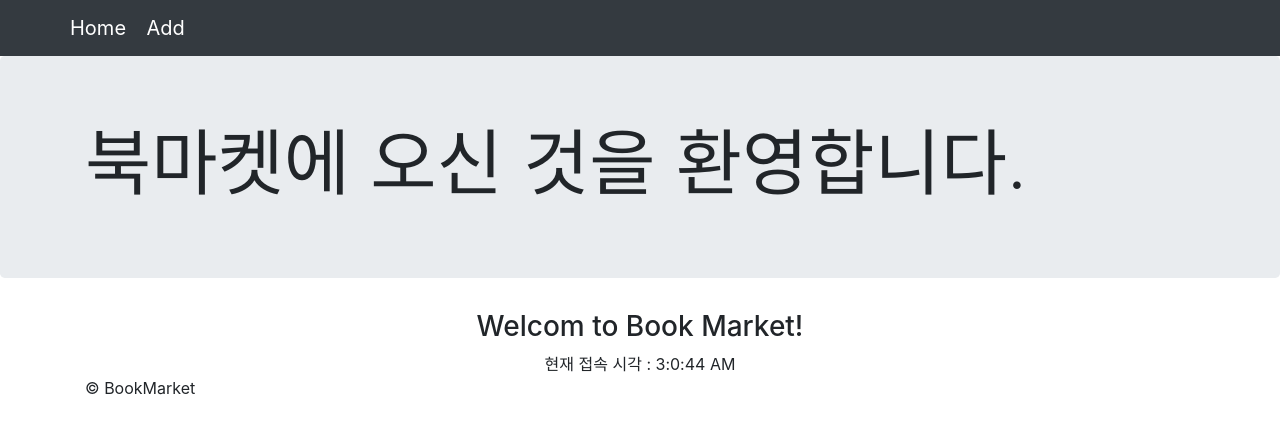
Repository: LeeKukJu/JSP-Study
Page: http://localhost/BookMarket/welcome.jsp
An editor plug-in stored every save of this project. The page is shown before and after the next save, followed by the edit.
The browser window is 1280 px wide. The pictures show the whole page.
The page is served by Tomcat 9.

Above is the page before, as saved 2023-02-01 08:23:30.

After the next save:
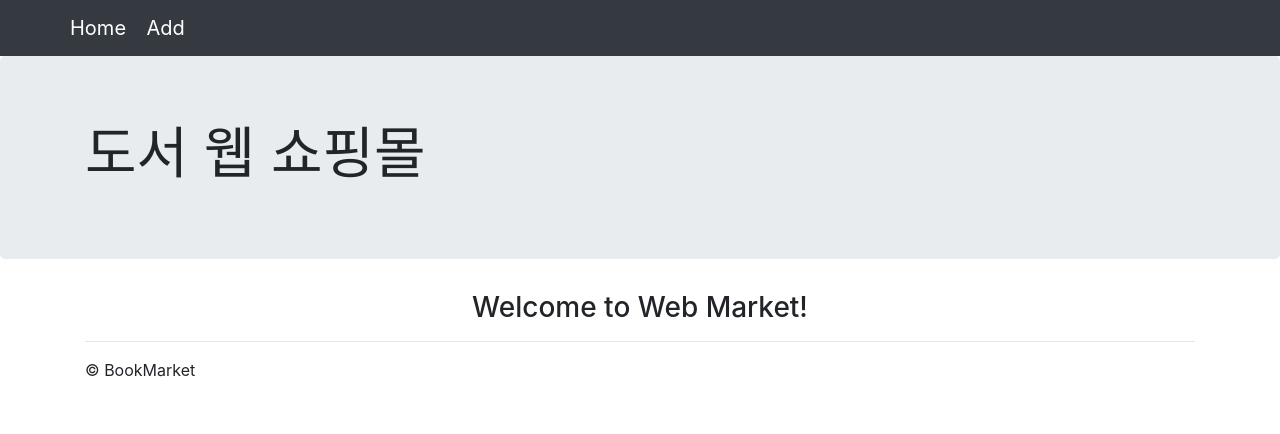
Saved 28 min 17 s later.
--- a/BookMarket/WebContent/welcome.jsp
+++ b/BookMarket/WebContent/welcome.jsp
@@ -1,53 +1,51 @@
-<%@page import="java.util.Date"%>
-<%@ page language="java" contentType="text/html; charset=UTF-8"
-    pageEncoding="UTF-8"%>
-<!DOCTYPE html>
+<%@ page contentType="text/html; charset=utf-8"%>
+<%@ page import="java.util.Date"%>
 <html>
 <head>
-<meta charset="UTF-8">
+<link rel="stylesheet"
+	href="https://maxcdn.bootstrapcdn.com/bootstrap/4.0.0/css/bootstrap.min.css">
 <title>Welcome</title>
-<link rel="stylesheet" href="https://maxcdn.bootstrapcdn.com/bootstrap/4.0.0/css/bootstrap.min.css"/>
 </head>
 <body>
-	<%@ include file="menu.jsp" %>
+	<%@ include file ="menu.jsp" %>
 	<%!
-		String greeting = "북마켓에 오신 것을 환영합니다.";
-		String tagline = "Welcom to Book Market!";
+		String greeting="도서 웹 쇼핑몰";
+		String tagline="Welcome to Web Market!";
 	%>
+
+	<!--
+		해당 위치에 디렉티브 태그를 이용하여 menu.jsp 내용을 포함시켜 주세요.
+		:: TODO
+	-->
+
+	<!--
+		문자열 타입의 greeting 이라는 전역 변수에 "도서 웹 쇼핑몰"로 변수 선언 및 초기화를 해주세요.
+		문자열 타입의 tagline 이라는 전역 변수에 "Welcome to Web Market!"로 변수 선언 및 초기화를 해주세요.
+		:: TODO
+	-->
 	<div class="jumbotron">
 		<div class="container">
-			<h1 class="display-3">
-				<!-- 변수 greeting의 값을 출력하도록 표현문 태그를 작성한다. -->
-				<%=greeting %>
+			<h1 class="display-4">
+			<%=greeting %>
+				<!-- 표현문을 이용하여 greeting을 출력해주세요. -->
 			</h1>
 		</div>
 	</div>
+	<main role="main">
 	<div class="container">
 		<div class="text-center">
 			<h3>
-				<!-- 변수 tagline의 값을 출력하도록 표현문 태그를 작성한다.  -->
-				<%=tagline %>
+			<%=tagline %>
+				<!-- 표현문을 이용하여 tagline을 출력해주세요. -->
 			</h3>
-			<%
-				Date day = new Date();
-				String am_pm;
-				int hour = day.getHours();
-				int minute = day.getMinutes();
-				int second = day.getSeconds();
-
-				if(hour / 12 == 0) {
-					am_pm = "AM";
-				}else {
-					am_pm = "PM";
-					hour = hour - 12;
-				}
-
-				String CT = hour + ":" + minute + ":" + second + " " + am_pm;
-				out.println("현재 접속 시각 : " + CT + "\n");
-			%>
-
 		</div>
+		<hr>
 	</div>
-	<%@ include file="footer.jsp" %>
+	</main>
+	<%@include file="footer.jsp" %>
+	<!--
+		해당 위치에 디렉티브 태그를 이용하여 footer.jsp 내용을 포함시켜 주세요.
+		:: TODO
+	-->
 </body>
 </html>
--- a/BookMarket/WebContent/footer.jsp
+++ b/BookMarket/WebContent/footer.jsp
@@ -1,6 +1,3 @@
-<%@ page language="java" contentType="text/html; charset=UTF-8"
-	pageEncoding="UTF-8"%>
-
 <footer class="container">
-    <p>&copy; BookMarket</p>
+	<p>&copy; BookMarket</p>
 </footer>
